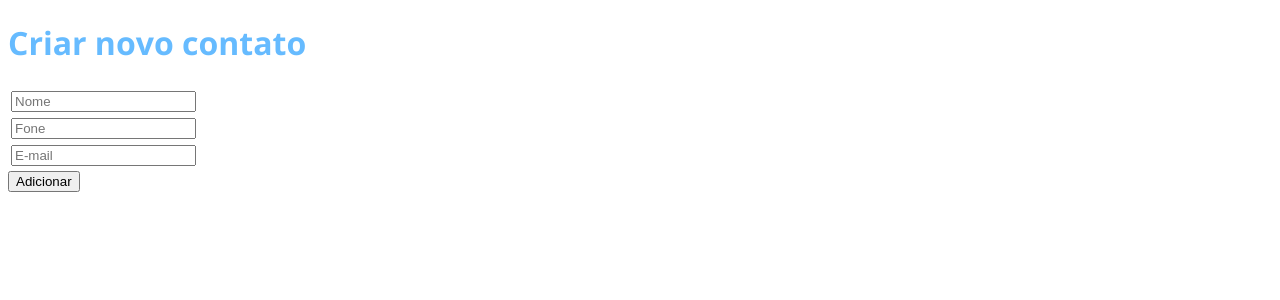
Repository: jairft/Agenda
Page: agenda/src/main/webapp/novo.html
These files come from the project's save history. The page is drawn as it stood at one moment and after the next save; the edit follows.
The browser window is 1280 px wide. The pictures show the whole page.

Above is the page before, as saved 2022-09-06 21:52:36.

After the next save:
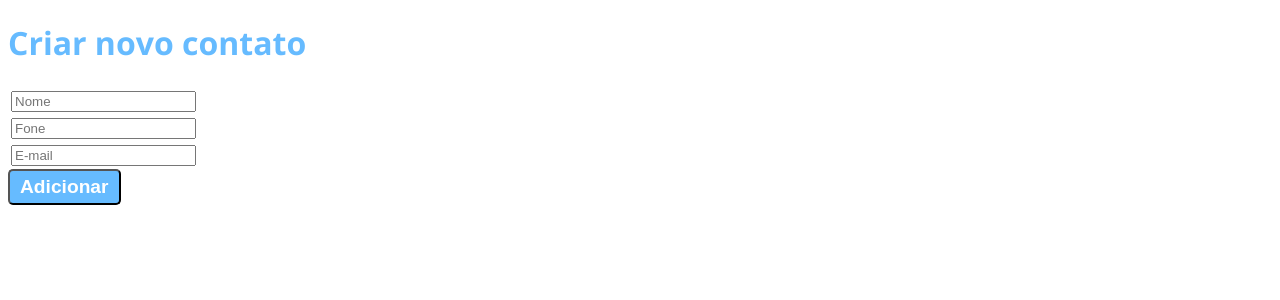
Saved 2 min 23 s later.
--- a/agenda/src/main/webapp/novo.html
+++ b/agenda/src/main/webapp/novo.html
@@ -11,16 +11,16 @@
 	<form name="frmContato" action="">
 		<table>
 			<tr>
-				<td><input type="text" name="nome" placeholder="Nome"></td>
+				<td><input type="text" name="nome" placeholder="Nome" Class="caixa1"></td>
 			</tr>
 			<tr>
 			<td><input type="text" name="fone" placeholder="Fone"></td>
 			</tr>
 			<tr>
-			<td><input type="text" name="email" placeholder="E-mail"></td>
+			<td><input type="text" name="email" placeholder="E-mail" Class="caixa1"></td>
 			</tr>
 		</table>
-		<input type="button" value="Adicionar">
+		<input type="button" value="Adicionar" class="botao1">
 	</form>
 </body>
 </html>
